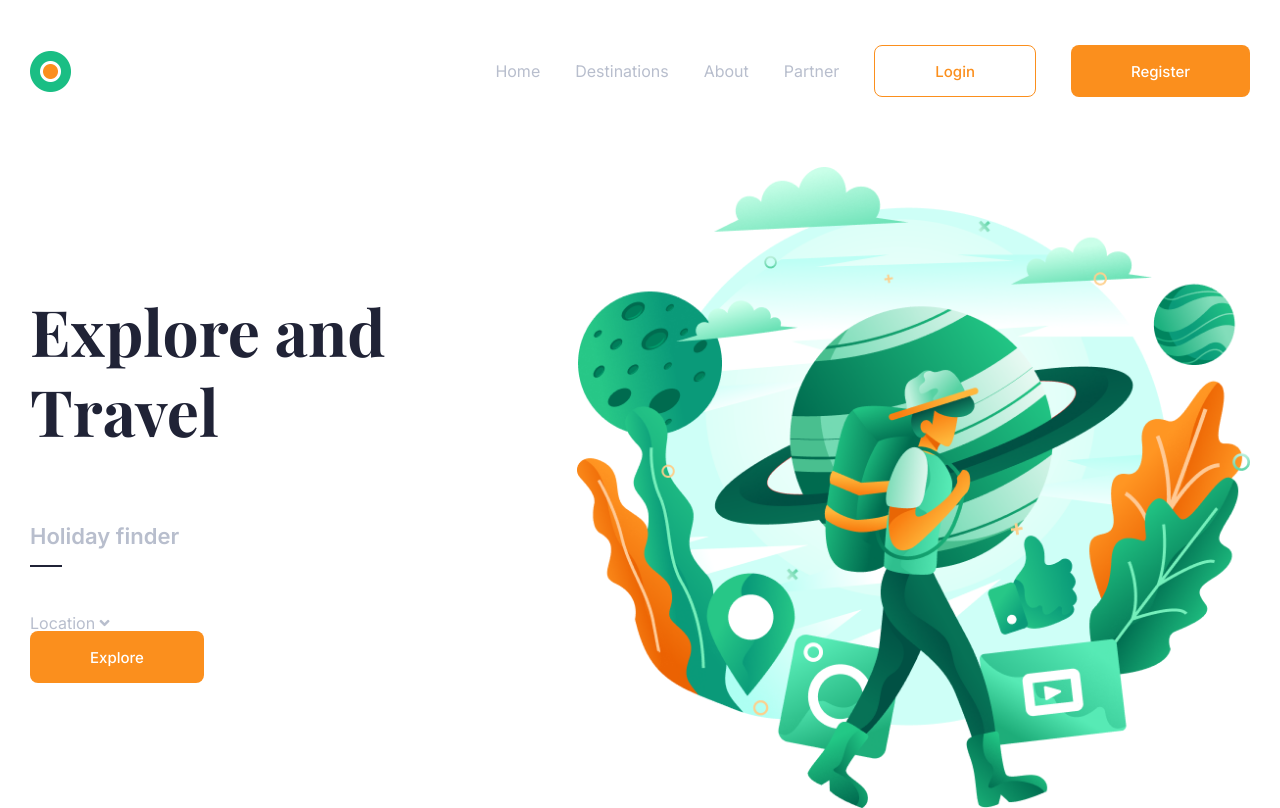
Repository: long5122000/sunny
Page: index.html
An editor plug-in stored every save of this project. The page is shown before and after a run of saves, followed by the edit.
The browser window is 1280 px wide. The pictures show the whole page.
The style sheet was rebuilt from its Sass, Less or Tailwind sources for each picture, by a compiler version that may differ from the author's.

Above is the page before, as saved 2021-11-24 20:22:03.

### index.html
<!DOCTYPE html>
<html lang="en">
  <head>
    <meta charset="UTF-8" />
    <meta http-equiv="X-UA-Compatible" content="IE=edge" />
    <meta name="viewport" content="width=device-width, initial-scale=1.0" />
    <title>Thousand Sunny</title>
    <link rel="preconnect" href="https://fonts.googleapis.com" />
    <link rel="preconnect" href="https://fonts.gstatic.com" crossorigin />
    <link
      href="https://fonts.googleapis.com/css2?family=Inter:wght@400;500;600&family=Mulish:wght@300&family=Playfair+Display:wght@700&display=swap"
      rel="stylesheet"
    />
    <link
      rel="stylesheet"
      href="https://use.fontawesome.com/releases/v5.15.4/css/all.css"
      integrity="sha384-DyZ88mC6Up2uqS4h/KRgHuoeGwBcD4Ng9SiP4dIRy0EXTlnuz47vAwmeGwVChigm"
      crossorigin="anonymous"
    />
    <link rel="stylesheet" href="./css/app.css" />
  </head>
  <body>
    <div class="wrapper">
      <header class="header">
        <div class="container">
          <div class="header-main">
            <img srcset="./images/logo.png 2x" alt="" />
            <ul class="menu">
              <li class="menu-item">
                <a href="#" class="menu-link">Home</a>
              </li>
              <li class="menu-item">
                <a href="#" class="menu-link">Destinations</a>
              </li>
              <li class="menu-item">
                <a href="#" class="menu-link">About</a>
              </li>
              <li class="menu-item">
                <a href="#" class="menu-link">Partner</a>
              </li>
              <li class="menu-item">
                <a href="#" class="btn btn--secondary">Login</a>
              </li>
              <li class="menu-item">
                <a href="#" class="btn btn--primary">Register</a>
              </li>
            </ul>
          </div>
        </div>
      </header>
      <main>
        <section class="hero">
          <div class="container">
            <div class="hero-main">
              <div class="hero-content">
                <h1 class="heading hero-heading">Explore and Travel</h1>
                <div class="hero-caption">Holiday finder</div>
                <div class="hero-form">
                  <div class="dropdown">
                    <div class="dropdown-select">
                      <span class="dropdown-value">Location</span>
                      <i class="fas fa-angle-down"></i>
                    </div>
                    <div class="dropdown-list">
                      <div class="dropdown-item">title</div>
                      <div class="dropdown-item">title</div>
                      <div class="dropdown-item">title</div>
                    </div>
                  </div>
                </div>
                <a href="#!" class="btn btn--primary">Explore</a>
              </div>
              <div class="hero-image">
                <img srcset="./images/img1.png 2x" alt="" />
              </div>
            </div>
          </div>
        </section>
      </main>
    </div>
    <script src="scripts/app.js"></script>
  </body>
</html>

### sass/app.scss
@import "reset";
@import "variables";
@import "global";
@import "typography";
@import "header";
@import "menu";
@import "hero";
@import "footer";

### sass/_variables.scss
$primary-font: "Inter", sans-serif;
$secondary-font: "Playfair Display", serif;
$third-font: "Mulish", sans-serif;
$gray: #b8becd;
$gray-dark: #afb0b9;
$gray-darkest: #202336;
$primary-color: #fb8f1d;

### sass/_global.scss
.wrapper {
  max-width: 1600px;
  margin: 0 auto;
}
.container {
  max-width: 1260px;
  margin: 0 auto;
  padding: 0 20px;
}
ul {
  list-style: none;
}
.btn {
  display: inline-flex;
  justify-content: center;
  align-items: center;
  cursor: pointer;
  font-size: 15px;
  font-weight: 500;
  font-family: $primary-font;
  line-height: 1;
  height: 52px;
  padding: 0 60px;
  border-radius: 8px;
  background-color: transparent;
  border: 0;
  outline: none;
  &--primary {
    color: white;
    background-color: $primary-color;
  }
  &--secondary {
    color: $primary-color;
    border: 1px solid currentColor;
  }
}
.dropdown {
  &-list {
    display: none;
  }
}

### sass/_typography.scss
body {
  font-family: $primary-font;
  font-size: 16px;
  line-height: 1;
  color: $gray;
}
.heading {
  font-family: $secondary-font;
  color: $gray-darkest;
}

### sass/_header.scss
.header {
  padding-top: 45px;
  padding-bottom: 70px;
  &-main {
    display: flex;
    justify-content: space-between;
    align-items: center;
  }
}

### sass/_menu.scss
.menu {
  display: flex;
  align-items: center;
  gap: 0 35px;
  &-link {
    color: inherit;
  }
}

### sass/_hero.scss
.hero {
  &-main {
    display: flex;
    justify-content: space-between;
    align-items: center;
  }
  &-heading {
    font-size: 64px;
    line-height: 125%;
    margin-bottom: 74px;
  }
  &-caption {
    font-size: 22px;
    font-weight: 600;
    margin-bottom: 48px;
    padding-bottom: 20px;
    display: inline-block;
    position: relative;
    &:before {
      content: "";
      position: absolute;
      bottom: 0;
      left: 0;
      width: 32px;
      height: 2px;
      background-color: $gray-darkest;
    }
  }
}

Loaded but not shown: sass/_reset.scss (common file); scripts/app.js (no stored copy; drawn as an empty file); sass/_footer.scss (no stored copy; drawn as an empty file)

After the next 2 saves:
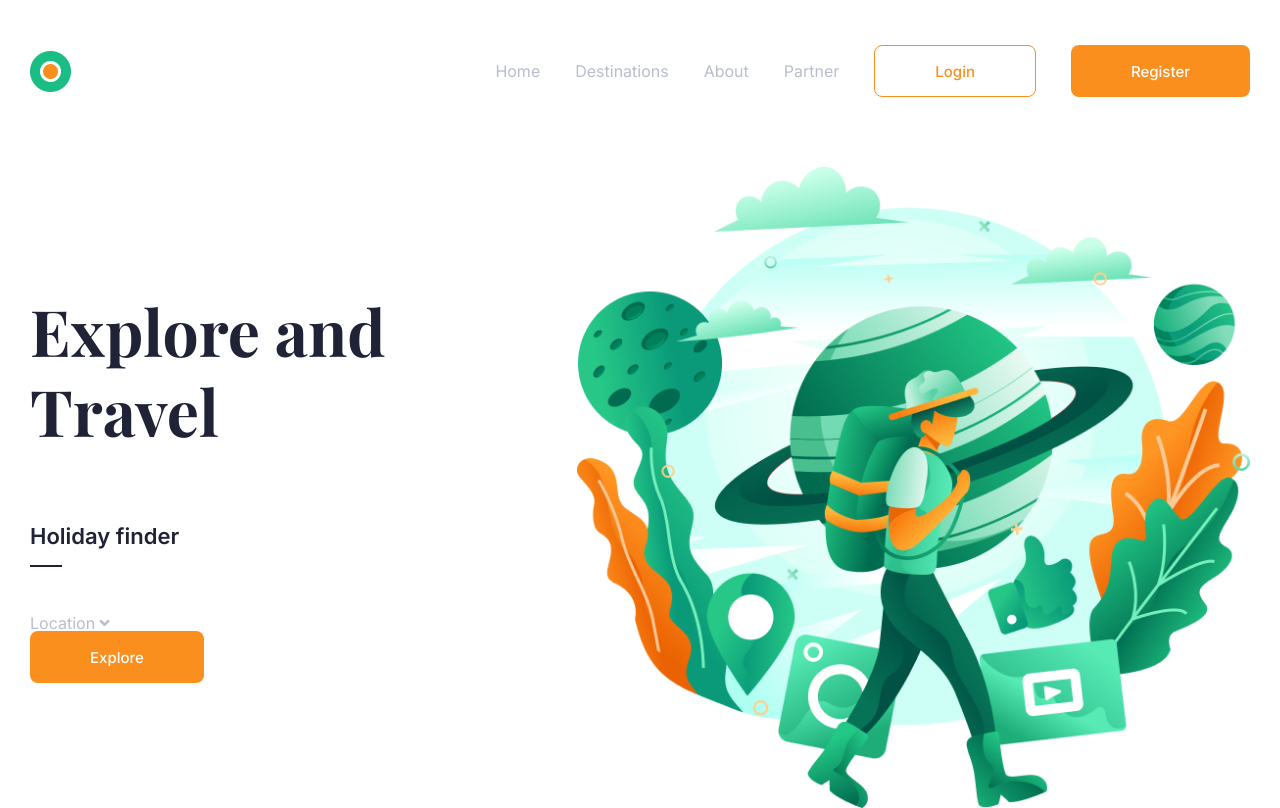
The 2 saves are shown as one change because they came seconds apart.
The last was saved 104 s later.
--- a/sass/_hero.scss
+++ b/sass/_hero.scss
@@ -16,6 +16,7 @@
     padding-bottom: 20px;
     display: inline-block;
     position: relative;
+    color: $gray-darkest;
     &:before {
       content: "";
       position: absolute;
